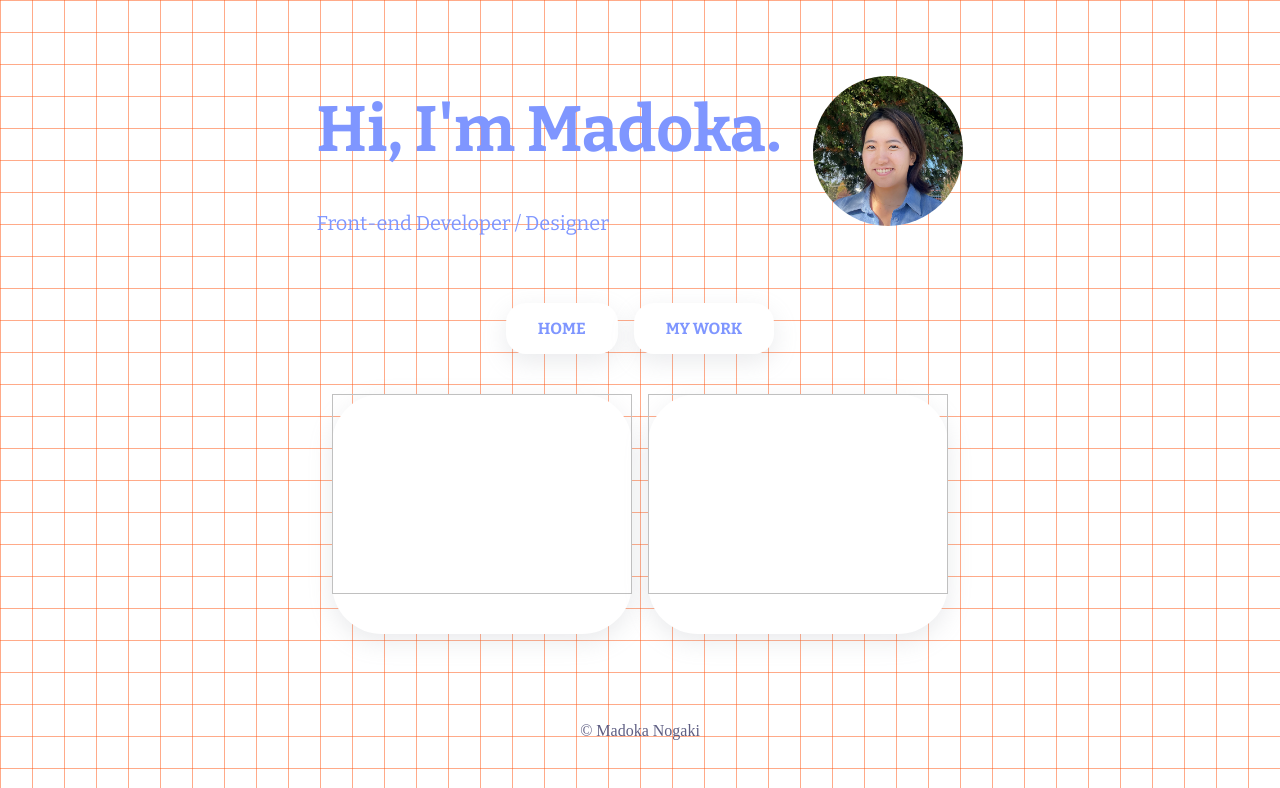
Repository: ohmaruko/portfolio
Page: /works
These files come from the project's save history. The page is drawn as it stood at one moment and after a run of saves; the edit follows.
The browser window is 1280 px wide. The pictures show the whole page.
The project was rebuilt for these pictures with package versions that can differ from the ones it lists, and the page was loaded fresh each time. The framework's server and built-in components were replaced by stand-ins that run in the browser. Also part of the build but not shown: next.config.mjs.

Above is the page before, as saved 2024-02-17 22:35:26.

### pages/works.js

import styles from '../styles/Home.module.css'
import Image from 'next/image'
import Header from '@/components/Header'
import Footer from '@/components/Footer'
import { Open_Sans } from 'next/font/google'
import Box2 from '@/components/Box2'


const openSans = Open_Sans ({subsets: ['latin']})

export default function Works() {
  return (
    <>

      <head>
        <title>Madoka Nogaki Portfolio</title>
        <meta name="description" content="Portfolio page" />
        <meta name="viewport" content="width=device-width, initial-scale=1" />
        <link rel="icon" href="/favicon.png" />
      </head>

      <div className={styles.container}>
        <Header className={openSans.className}/>
        <main className={styles.outerContainer}>
          <div>
            {/* <Box2 title='Dolce Donut' image='/images/dolcedonuts.png' url="/" /> */}
          </div>
          <div>
            <Box2 content={
                <div>
                    <h1>aaa</h1>
                </div>
            }/>
          </div>
          <div>
            <Box2 content={
                <div>
                    <h1>sss</h1>
                </div>
            }/>
          </div>
        </main>

        <div className={styles.outerContainer}>
          <Footer />
        </div>
      </div>

    </>
  )
}

### styles/globals.css
:root {
  --orange: #FF5714;
  --light-orange: rgba(255, 87, 20, 0.5);
  --blue: #7F96FF;
  --white: #fff;
  --text: #5e5e83;
  color: #5e5e83;

  --medium-font: 20px;
}

body {
  margin: 0;
}

p {
  font-size: 16px;
}

### styles/Home.module.css
.container {
  display: flex;
  flex-direction: column;
  align-items: center;
  min-height: 100vh;
  /* background */
  background-image:
    linear-gradient(to right, var(--light-orange) 1px, transparent 1px),
    linear-gradient(to bottom, var(--light-orange) 1px, transparent 1px);
  background-size: 2em 2em;
  width: 100%;
}
.header {
  width: 70%;
}
.outerContainer {
  display: flex;
  width: 70%;
  justify-content: center;
  margin: 2em auto;
}
.box1 {
  flex: 1;
  flex-basis: 60%;
}
.box2 {
  flex: 1;
  flex-basis: 40%;
}
.link {
  text-decoration: none;
  color: var(--text);
  display: flex;
  align-items: center;
  gap: 1rem;
}
.logo {
  fill: var(--blue);
}
.skill {
  display: flex;
  gap: 1rem;
}
.footer {
  margin: 2rem;
}
/* mobile */
/* @media (max-width: 800px){

} */

### components/Header/index.js
import styles from './Header.module.css'
import Image from 'next/image'
import Link from 'next/link'
import { Bitter } from 'next/font/google'
const bitter = Bitter ({subsets: ['latin']})

export default function Header() {
    return (
        <header className={`${styles.header}, ${bitter.className}`}>
            <div className={styles.banner}>
                <div>
                    <h1>Hi, I'm Madoka.</h1>
                    <p style={{fontSize:"var(--medium-font)"}}>Front-end Developer / Designer</p>
                </div>
                <Image src="/images/profile.png" alt="profile image" width={150} height={150} className={styles.img} />
            </div>
            <div className={styles.menu}>
                <Link href='/'>HOME</Link>
                <Link href='/works'>MY WORK</Link>
            </div>
        </header>

    )
}

### components/Footer/index.js
import styles from "./Footer.module.css"

export default function Footer() {
    return (
        <>
            <p>&copy; Madoka Nogaki</p>
        </>
    )
}

### components/Box2/index.js
import styles from "./Box2.module.css"
import Image from "next/image"
import Link from "next/link"

export default function Box2({
    title,
    image,
    url
}) {
    return (
        <div className={styles.box2}>
            <Link>
                <a>
                    <Image src={image} width={300} height={200}/>
                </a>
            </Link>
            <h2 style={{color: "var(--blue)", textAlign: "center"}}>{title}</h2>
        </div>
    )
}

### components/Header/Header.module.css
.header {
    width: 100%;
}
.banner {
    font-size: 2em;
    color: var(--blue);
    display: flex;
    justify-content: center;
    align-items: center;
    gap: 2rem;
    margin: 3rem 0;
}
.img {
    border-radius: 50%;
}
.menu {
    display: flex;
    justify-content: center;
    gap: 1rem;
}
.menu a {
    text-decoration: none;
    color: var(--blue);
    font-weight: bold;
    background-color: var(--white);
    box-shadow: rgba(149, 157, 165, 0.2) 0px 8px 24px;
    border-radius: 20px;
    padding: 1rem 2rem;
}

### components/Box2/Box2.module.css
.box2 {
    background-color: var(--white);
    padding-bottom: 1rem;
    margin: 0.5em;
    border-radius: 50px;
    box-shadow: rgba(149, 157, 165, 0.2) 0px 8px 24px;
}

Loaded but not shown: pages/_app.js (common file); pages/_document.js (common file); components/Footer/Footer.module.css (no stored copy; drawn as an empty file)

After the next 2 saves:
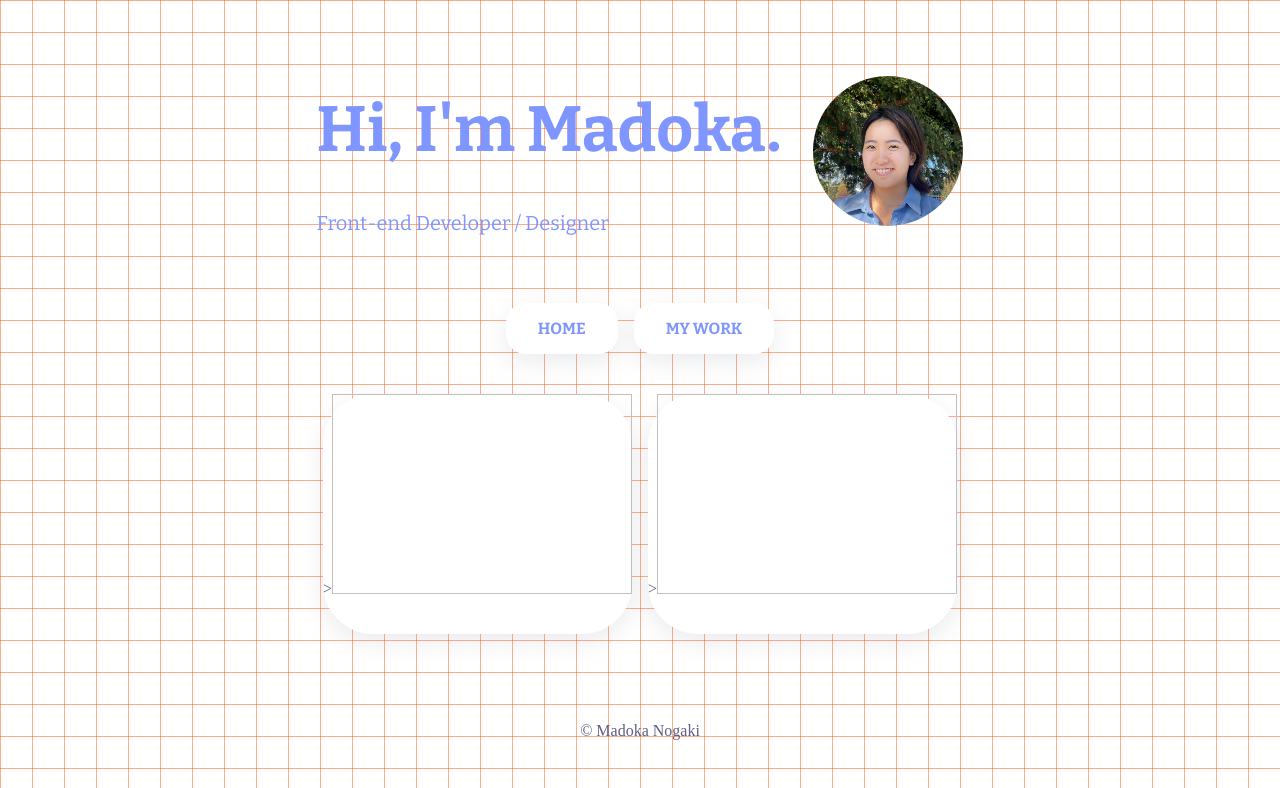
The 2 saves are shown as one change because they came seconds apart.
The last was saved 13 s later.
--- a/components/Box2/index.js
+++ b/components/Box2/index.js
@@ -9,7 +9,7 @@
 }) {
     return (
         <div className={styles.box2}>
-            <Link>
+            <Link href={url}>>
                 <a>
                     <Image src={image} width={300} height={200}/>
                 </a>

After the save that followed:
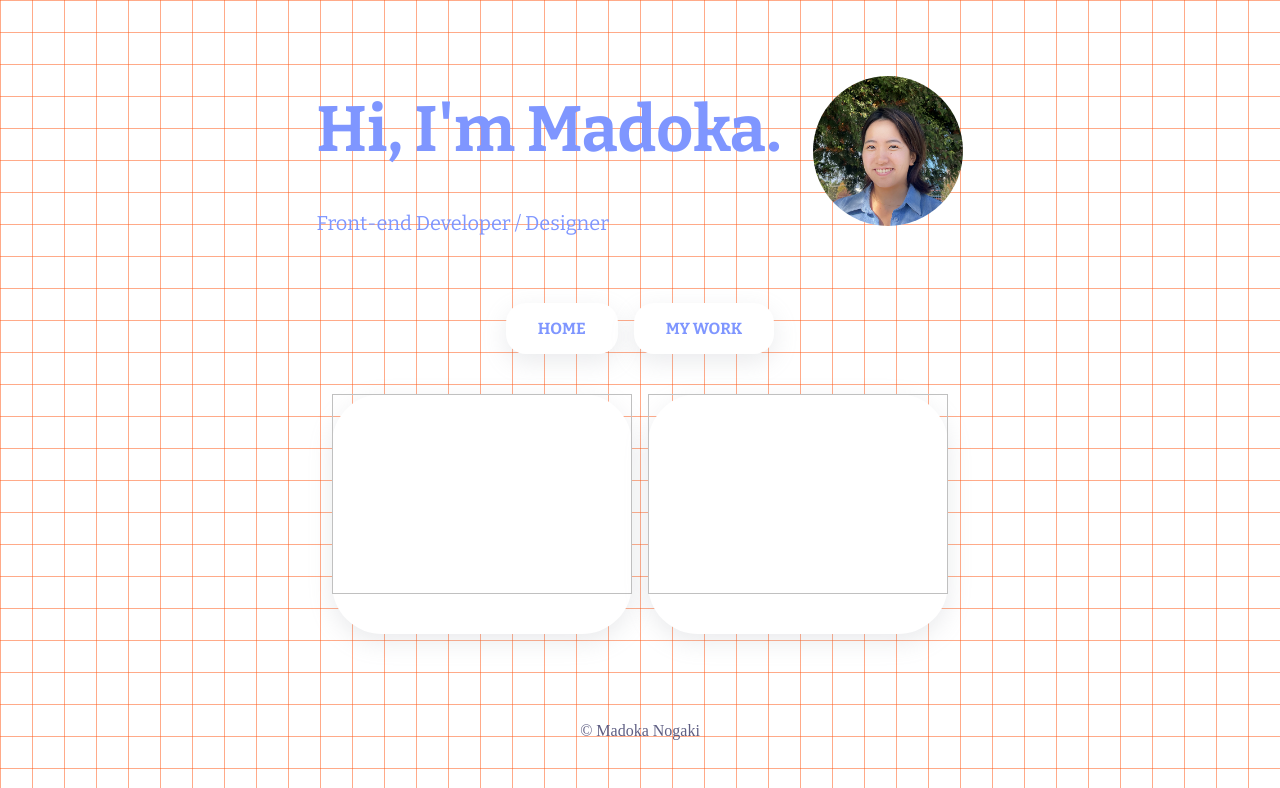
Saved 5 s later.
--- a/components/Box2/index.js
+++ b/components/Box2/index.js
@@ -9,7 +9,7 @@
 }) {
     return (
         <div className={styles.box2}>
-            <Link href={url}>>
+            <Link href={url}>
                 <a>
                     <Image src={image} width={300} height={200}/>
                 </a>
